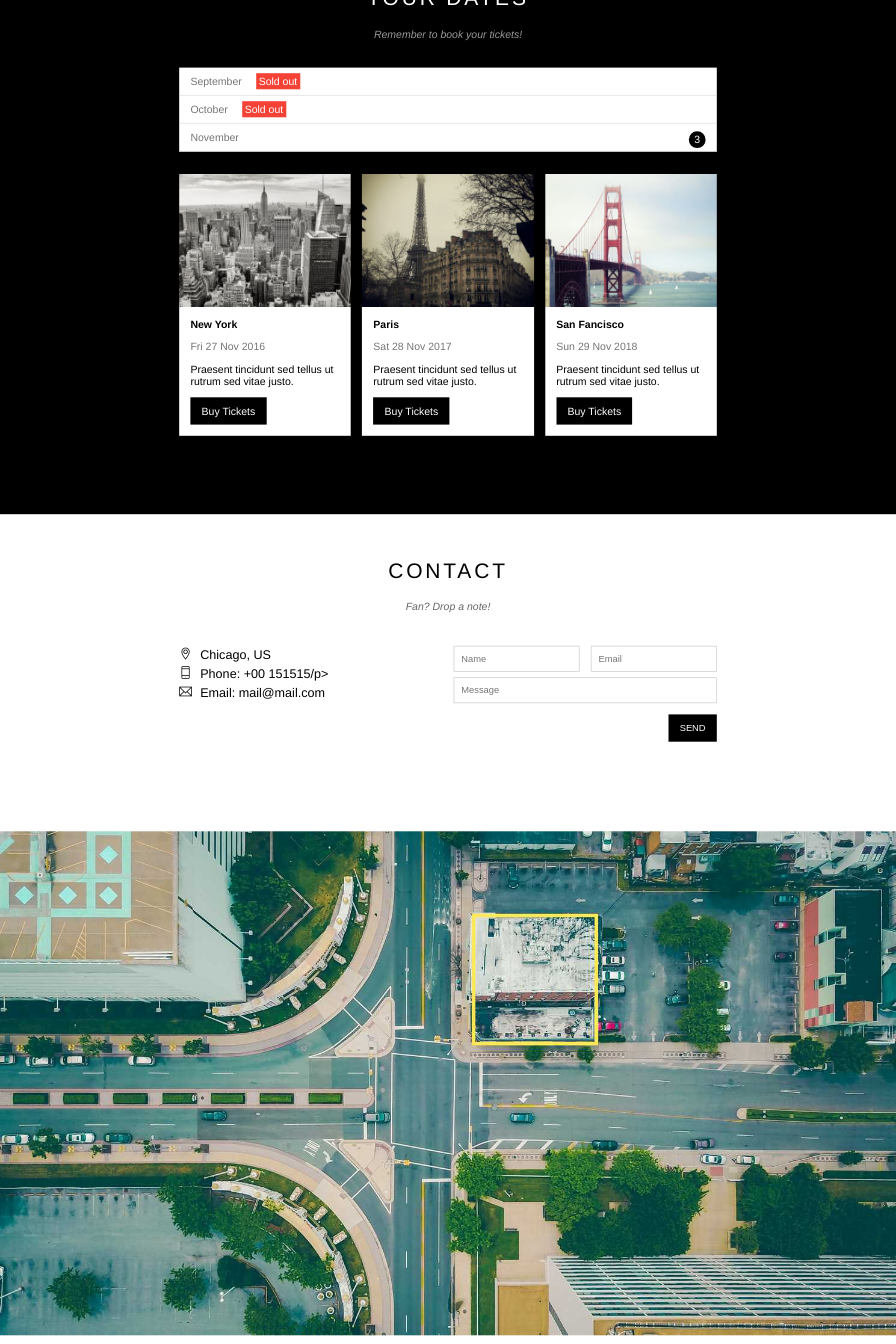
Repository: ThinhTran2k/BigBang-Band-Website
Page: index.html
An editor plug-in stored every save of this project. The page is shown before and after the next save, followed by the edit.
The browser window is 1280 px wide. The pictures show the part of the page from y = 1552 to 3472 px (the page is 3651 px tall before and 3645 px after), at 70% of full size.

Above is the page before, as saved 2021-03-16 18:08:55.
Console error: TypeError: Cannot set properties of undefined (setting 'onclick')

### index.html
<!DOCTYPE html>
<html lang="en">
<head>
    <meta charset="UTF-8">
    <meta http-equiv="X-UA-Compatible" content="IE=edge">
    <meta name="viewport" content="width=device-width, initial-scale=1.0">
    <title>Brand</title>
    <link rel="icon" href="asset/img/favicon.png" type="image/x-icon" />
    <link rel="stylesheet" href="./asset/css/style.css">
    <link rel="stylesheet" href="./asset/css/responsive.css">
    <link rel="stylesheet" href="./asset/font/themify-icons/themify-icons.css">
</head>
<body>
    <div class="wrapper">
        <div class="header">
            <!-- Navigation -->
            <ul class="nav">
                <li><a href="#">Home</a></li>
                <li><a href="#band">Band</a></li>
                <li><a href="#tour">Tour</a></li>
                <li><a href="#contact">Contact</a></li>
                <li>
                    <a href="#">
                        More
                        <i class="nav-arrow-icon ti-angle-down"></i>
                    </a>
                    <ul class="subnav">
                        <li><a href="#">Merchandise</a></li>
                        <li><a href="#">Extras</a></li>
                        <li><a href="#">Media</a></li>
                    </ul>
                </li>
            </ul>

            <!-- Search -->
            <div class="header__search">
                <i class="header__search-icon ti-search"> </i>
            </div>

            <div class="mobi-menu-responsive">
                <i class="menu-icon ti-menu"></i>
            </div>
        </div>

        <div class="slider">
            <div class="text-content">
                <h2 class="text-heading">New York</h2>
                <div class="text-description">The atmosphere in New York is lorem ipsum.</div>
            </div>
        </div>

        <div class="content" >
            <div class="content-section" id="band">
                <h2 class="section-heading">THE BAND</h2>
                <p class="section-subheading">We love music</p>
                <p class="about">We have created a fictional band website. Lorem ipsum dolor sit amet, consectetur adipiscing elit, sed do eiusmod tempor
                incididunt ut labore et dolore magna aliqua. Ut enim ad minim veniam, quis nostrud exercitation ullamco laboris nisi ut
                aliquip ex ea commodo consequat. Duis aute irure dolor in reprehenderit in voluptate velit esse cillum dolore eu fugiat
                nulla pariatur. Excepteur sint occaecat cupidatat non proident, sunt in culpa qui officia deserunt mollit anim id est
                laborum consectetur adipiscing elit, sed do eiusmod tempor incididunt ut labore et dolore magna aliqua. Ut enim ad minim
                veniam, quis nostrud exercitation ullamco laboris nisi ut aliquip ex ea commodo consequat.
                </p>

                <div class="row member-list member-list-resp">
                    <div class="member-item member-item-resp">
                        <p class="member-name">T.O.P</p>
                        <img src="./asset/img/T.O.P.jpg" alt="name" class="member-img">
                    </div>
                    <div class="member-item member-item-resp">
                        <p class="member-name">Taeyong</p>
                        <img src="./asset/img/Taeyong.jpg" alt="name" class="member-img">
                    </div>
                    <div class="member-item member-item-resp">
                        <p class="member-name">G-Dragon</p>
                        <img src="./asset/img/G-dragon.jpg" alt="name" class="member-img">
                    </div>
                    <div class="member-item member-item-resp">
                        <p class="member-name">Deasung</p>
                        <img src="./asset/img/Deasung.jpg" alt="name" class="member-img">
                    </div>
                    <div class="member-item member-item-resp">
                        <p class="member-name">Seungri</p>
                        <img src="./asset/img/Seung-hyun.png" alt="name" class="member-img">
                    </div>
                </div>
            </div>
            <div class="content-section--black" id="tour">
                <div class="content-section">
                    <h2 class="section-heading text-white">TOUR DATES</h2>
                    <p class="section-subheading text-white">Remember to book your tickets!</p>
                    <!-- Tickets -->
                    <ul class="tickets-list">
                        <li>September <span class="sold-out">Sold out</span></li>
                        <li>October <span class="sold-out">Sold out</span></li>
                        <li>November <span class="quantity">3</span></li>
                    </ul>
                    <!-- Places -->
                    <div class="row place-list">
                        <div class="col col-third s-col-full mt-16">
                            <img src="./asset/img/newyork.jpg" alt="place" class="place-img">
                            <div class="place-content">
                                <h3 class="place-heading">New York</h3>
                                <p class="place-time">Fri 27 Nov 2016</p>
                                <p class="place-desc">Praesent tincidunt sed tellus ut rutrum sed vitae justo.</p>
                                <a href="#" class="place-buy-btn">Buy Tickets</a>
                            </div>
                        </div>
                        <div class="col col-third s-col-full mt-16">
                            <img src="./asset/img/paris.jpg" alt="place" class="place-img">
                            <div class="place-content">
                                <h3 class="place-heading">Paris</h3>
                                <p class="place-time">Sat 28 Nov 2017</p>
                                <p class="place-desc">Praesent tincidunt sed tellus ut rutrum sed vitae justo.</p>
                                <a href="#" class="place-buy-btn">Buy Tickets</a>
                            </div>
                        </div>
                        <div class="col col-third s-col-full mt-16">
                            <img src="./asset/img/sanfran.jpg" alt="place" class="place-img">
                            <div class="place-content">
                                <h3 class="place-heading">San Fancisco</h3>
                                <p class="place-time">Sun 29 Nov 2018</p>
                                <p class="place-desc">Praesent tincidunt sed tellus ut rutrum sed vitae justo.</p>
                                <a href="#" class="place-buy-btn">Buy Tickets</a>
                            </div>
                        </div>
                    </div>
                </div>
            </div>
            <div class="content-section" id="contact">
                <h2 class="section-heading">CONTACT</h2>
                <p class="section-subheading">Fan? Drop a note!</p>

                <div class="row contact-content">
                    <div class="col col-half contact-infor">
                        <p><i class="ti-location-pin"></i>Chicago, US</p>
                        <p><i class="ti-mobile"></i>Phone: +00 151515/p>
                        <p><i class="ti-email"></i>Email: mail@mail.com</p>
                    </div>
                    <div class="col col-half contact-form">
                        <form action="">
                            <div class="row ">
                                <div class="col col-half">
                                    <input type="text" name="" id="" class="form-control" required placeholder="Name">
                                </div>
                                <div class="col col-half">
                                    <input type="email" name="" id="" class="form-control" required placeholder="Email">
                                </div>
                            </div>
                            <div class="row mt-8">
                                <div class="col col-full">
                                    <input type="text" name="" id="" class="form-control" required placeholder="Message">
                                </div>
                            </div>
                            <input type="submit" value="SEND" class="form-btn">
                        </form>
                    </div>
                </div>
            </div>

            <div class="map-section" >
                <img src="./asset/img/map.jpg" alt="map">
            </div>
        </div>

        <div class="footer">
            <div class="social-list">
                <a href=""><i class="ti-facebook"></i></a>
                <a href=""><i class="ti-instagram"></i></a>
                <a href=""><i class="ti-pinterest"></i></a>
                <a href=""><i class="ti-linkedin"></i></a>
                <a href=""><i class="ti-twitter-alter"></i></a>
                <a href=""><i class="ti-dropbox-alt"></i></a>
            </div>
            <p class="copyright">Powered by <a href="#">w3.css</a></p>
        </div>
    </div>

    <script>
        // Tự động thay đổi kích thước khi chọn btn menu
        var headerE = document.querySelector('.header');
        var headerHeight = headerE.clientHeight;
        var menuE = document.querySelector('.mobi-menu-responsive');
        menuE.onclick = function () {
            var status = headerE.clientHeight == headerHeight;
            if(status){
                headerE.style.height = 'auto'
            }else{
                headerE.style.height = null;
            }
        }
        // Tự động đóng khi chọn menu
        var menuItems = document.querySelectorAll('ul li a[href*="#"]');
        for(var i = 0; i<= menuItems.length; i++){
            var menuItem = menuItems[i];

            menuItem.onclick = function (e) {
                var isParentMenu = this.nextElementSibling && this.nextElementSibling.classList.contains('subnav');
                if(isParentMenu){
                    e.preventDefault();
                }else{
                    headerE.style.height = null;
                }
            }
        }


    </script>
</body>
</html>

### asset/css/style.css
/* Reset CSS */
*{
    padding: 0;
    margin: 0;
    box-sizing: border-box;
}

html {
    scroll-behavior: smooth;
    font-family: Helvetica, Arial , sans-serif;
}

/* Common css */
.text-white {
    color: #fff !important;
}
.row {
    display: flex;
    justify-content: space-between;
    margin-left: -8px;
    margin-right: -8px;
}
.col {
    padding: 0 8px;
}
.col-third {
    width: 33.33%;
}
.col-half {
    width: 50%;
}
.col-full {
    width: 100%;
}
.mt-8 {
    margin-top: 8px;
}
.mt-16 {
    margin-top: 16px;
}
/* end */

/* Main */
.wrapper {

}

.header {
    position: fixed;
    top: 0;
    left: 0;
    right: 0;
    z-index: 1;
    height: 46px;
    background-color: #000;
}

.nav {
    display: inline-block;
}
.nav .subnav {
    display: none;
    position: absolute;
    top: 100%;
    left: 0;
    min-width: 160px;
    background-color: #fff;
    box-shadow: 0 0 10px rgba(0, 0, 0, 0.3);
}
.nav, .subnav {
    list-style: none;
}
.nav .subnav li:hover, .nav > li:hover > a {
    color: #000;
    background-color: #ccc;
}
.nav .subnav a {
    line-height: 38px;
    padding: 0 16px;
    color: #000;
}

.nav li:hover .subnav {
    display: block;
}
.nav > li {
    display: inline-block;
}
.nav > li > a {
    text-transform: uppercase;
    color: #fff;
}
.nav li{
    position: relative;
}
.nav li a {
    display: block;
    cursor: pointer;
    padding: 0 24px;
    line-height: 46px;
    text-decoration: none;
}
.nav-arrow-icon {
    font-size: 14px;
}

.mobi-menu-responsive {
    position: absolute;
    top: 0;
    right: 0;
}
.header .header__search,
.header .mobi-menu-responsive {
    display: none;
    float: right;
    padding: 0 21px;
    line-height: 46px;
}
.header .header__search:hover {
    cursor: pointer;
    background-color: #f44336;
}
.header .mobi-menu-responsive:hover {
    background-color: #ccc;
}
.header .menu-icon:hover {
    color: #000;
}
.header .menu-icon,
.header__search-icon {
    color: #fff;
    font-size: 20px;
}

.slider {
    position: relative;
    margin-top: 46px;
    padding-top: 50%;
    background-image: url('/asset/img/slider2.jpg');
    background-size: cover;
    background-repeat: no-repeat;
    background-position: top center;
}
.text-content {
    position: absolute;
    color: #fff;
    bottom: 48px;
    left: 50%;
    transform: translateX(-50%);
    text-align: center;
}
.text-heading {
    font-weight: 500;
}
.text-description {
    padding-top: 15px;
}


.content {

}
.content-section {
    width: 800px;
    max-width: 100%;
    margin: 0 auto;
    padding: 64px 16px 112px;
}
.section-heading {
    font-weight: 500;
    font-size: 30px;
    text-align: center;
    letter-spacing: 4px;
}
.section-subheading {
    font-size: 15px;
    text-align: center;
    margin-top: 25px;
    font-style: italic;
    opacity: 0.6;
}
.about {
    margin-top: 25px;
    font-size: 15px;
    text-align: justify;
    line-height: 1.5;
}
.member-list {
    margin-top: 38px;
    padding: 32px 0;
}
.member-item {
    display: flex;
    flex-direction: column;
    align-items: center;
    justify-content: center;
    width: 20%;
}
.member-item .member-name {
    margin-bottom: 15px;
}
.member-item .member-img {
    border-radius: 5px;
    width: 150px;
    object-fit: contain;
}
.content-section--black {
    background-color: #000;
}
.tickets-list {
    list-style: none;
    margin-top: 40px;
    background-color: #fff;
}
.tickets-list li {
    color: #757575;
    font-size: 15px;
    padding: 11px 16px;
    border-bottom: 1px solid #ddd;
}
.sold-out {
    background-color: #f44336;
    padding: 3px 4px;
    color: #fff;
    margin-left: 16px;
}
.quantity {
    float: right;
    width: 24px;
    height: 24px;
    line-height: 24px;
    text-align: center;
    border-radius: 50%;
    background-color: #000;
    color: #fff;
}
.place-list {
    margin-top: 16px;
}
.place-img {
    display: block;
    width: 100%;
    height: 190px;
}
.place-img:hover { opacity: 0.6;}
.place-content {
    font-size: 15px;
    padding: 16px;
    background-color: #fff;
}
.place-heading {
    font-size: 15px;
    font-weight: 600;
}
.place-time {
    color: #757575;
    margin-top: 15px;
}
.place-desc {
    margin-top: 15px;
}
.place-buy-btn {
    display: inline-block;
    color: #fff;
    background-color: #000;
    padding: 11px 16px;
    margin-top: 15px;
    text-decoration: none;
}
.place-buy-btn:hover {color: #000; background-color: #ccc;}
/* Contact Form */
.contact-content {
    margin-top: 48px;
}
.contact-infor {
    font-size: 18px;
    line-height: 1.5;
}
.contact-infor i[class*="ti-"] { width: 30px; display: inline-block;}
.contact-form {
    font-size: 15px;
}
.form-control {
    padding: 10px;
    border: 1px solid #ccc;
    width: 100%;
}

.form-btn {
    display: block;
    margin-left: auto;
    margin-top: 16px;
    margin-bottom: 16px;
    padding: 12px 16px;
    text-align: right;
    border:none;
    color: #fff;
    background-color: #000;
}
.form-btn:hover { background-color: #ccc; cursor: pointer;color: #000;}
/* Map */
.map-section img {
    width: 100%;
}

.footer {
    padding: 64px 16px;
    text-align: center;
}
.footer .social-list {
    font-size: 24px;
}
.footer .social-list a {text-decoration: none; color: rgba(0, 0, 0, 0.6);}
.footer .social-list a:hover ,.footer .copyright a:hover { color: rgba(0, 0, 0, 0.4);}
.footer .copyright {
    margin-top: 15px;
    font-size: 15px;
    color: rgba(0, 0, 0, 0.6);
}
.footer .copyright a {
    color: rgba(0, 0, 0, 0.6);
}

### asset/css/responsive.css
/* Mobile */
@media (max-width: 740px) {
    .header .header__search {
        display: none;
    }
    .header .mobi-menu-responsive {
        display: block;
    }
    .header {
        overflow: hidden;
    }
    .nav > li {
        display: block;
    }
    .nav .subnav {
        position: initial;
        background-color: #333;
    }
    .nav .subnav a {
        color: #fff;
        padding: 5px 40px;
    }
    .nav {
        display: block;
    }
    .nav > li:first-child {
        display: inline-block;
    }
    .member-list-resp {
        display: block;
        margin-top: 0;
    }
    .member-item-resp {
        padding-top: 35px;
        width: 100%;
    }
    .member-item .member-img {
        width: 60%;
    }
    .s-col-full {
        width: 100%;
    }
    .place-list {
        display: block;
    }
    .place-img {
        height: 60%;
    }
}

Loaded but not shown: asset/font/themify-icons/themify-icons.css (common file)

After the next save:
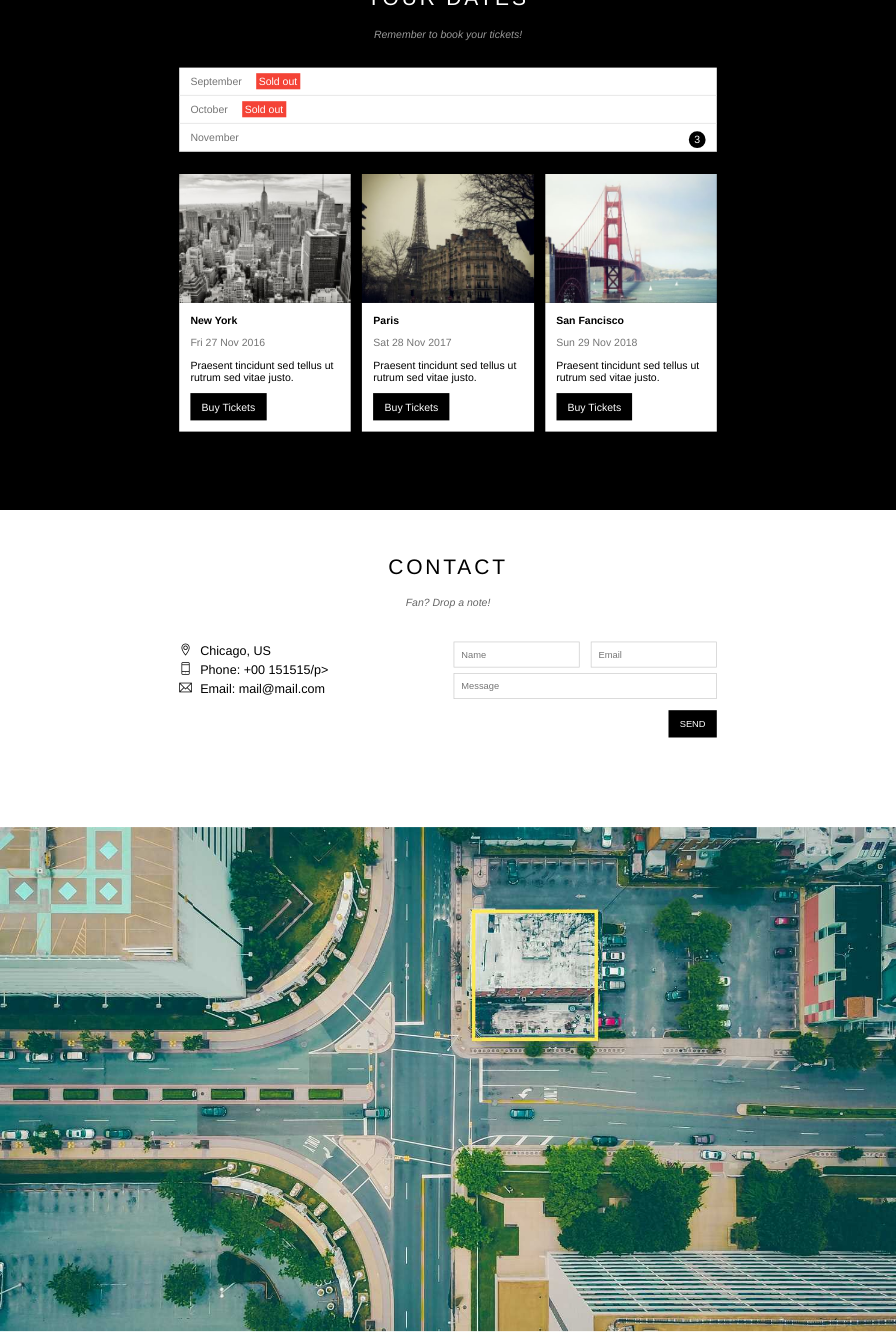
Saved 59 s later.
--- a/asset/css/style.css
+++ b/asset/css/style.css
@@ -240,7 +240,7 @@
 .place-img {
     display: block;
     width: 100%;
-    height: 190px;
+    /* height: 190px; */
 }
 .place-img:hover { opacity: 0.6;}
 .place-content {
